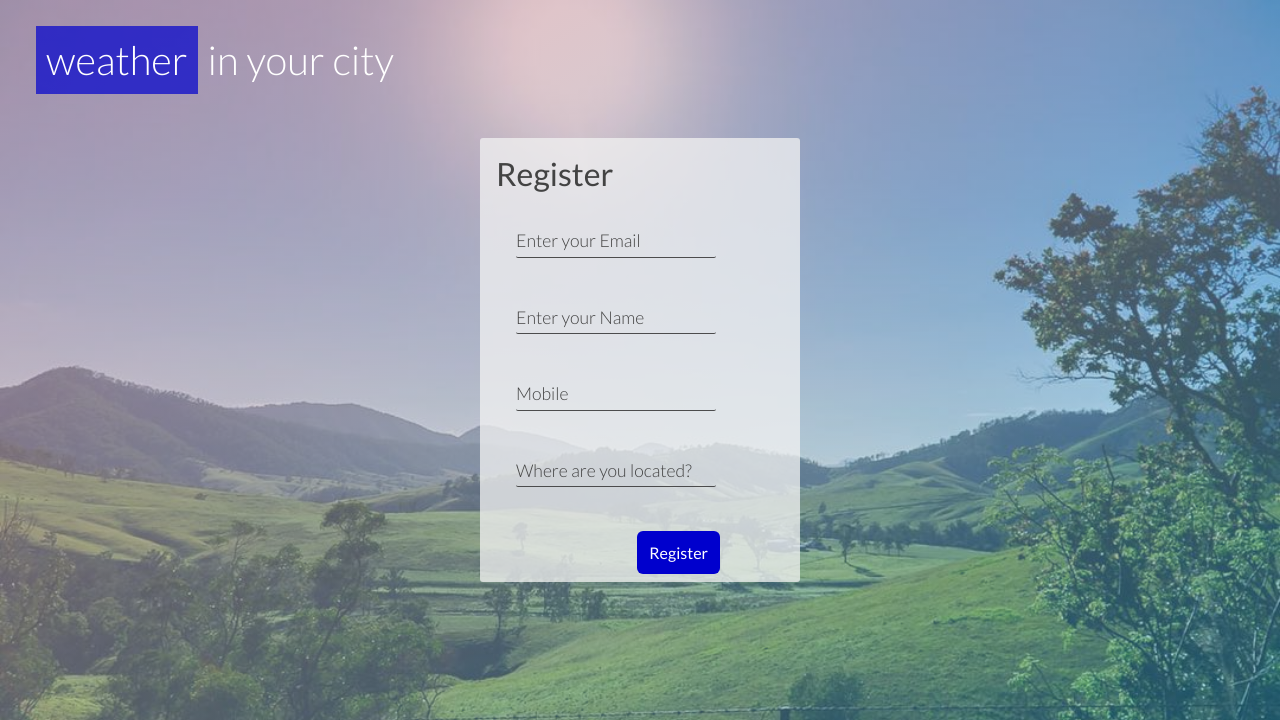
Repository: nosplashurinal/weather-app
Page: /
These files come from the project's save history. The page is drawn as it stood at one moment and after the next save; the edit follows.
The browser window is 1280 px wide. The pictures show the whole page.
The project was rebuilt for these pictures with package versions that can differ from the ones it lists, and the page was loaded fresh each time. Also part of the build but not shown: src/components/RecentSearches.vue, src/components/Search.vue, src/components/WeatherDataBlock.vue, src/components/Login.vue.

Above is the page before, as saved 2018-12-31 18:22:33.

### public/index.html
<!DOCTYPE html>
<html lang="en">

<head>
	<meta charset="utf-8">
	<meta http-equiv="X-UA-Compatible" content="IE=edge">
	<meta name="viewport" content="width=device-width,initial-scale=1.0">
	<link rel="icon" href="<%= BASE_URL %>favicon.ico">
	<link href="https://fonts.googleapis.com/css?family=Lato:300,400" rel="stylesheet">
	<title>weather-app</title>
</head>

<body>
	<noscript>
		<strong>We're sorry but weather-app doesn't work properly without JavaScript enabled. Please enable it to continue.</strong>
	</noscript>
	<div id="app"></div>
	<!-- built files will be auto injected -->
</body>

</html>

### src/App.vue
<template>
  <div class="root-container">
    <div class="bg" v-bind:style="{backgroundImage: `url(${bg})`}"></div>
    <div class="overlay"></div>
    <div class="title">
      <span>weather</span>
      <span>in your city</span>
    </div>
    <Login v-bind:isLoginError="isLoginError" v-if="!loginSuccess && !showRegistration" v-on:on-login="attemptLogin" v-on:open-registration="showRegistration = true" />
    <Registration v-if="showRegistration" v-on:on-success="showRegistration = false" />
    <div v-if="loginSuccess" class="search-container" v-bind:class="{resultActive: showResults}">
      <Search
        v-bind:message="message"
        v-bind:showLoading="isLoadingResults"
        v-bind:isError="isError"
        v-on:on-key-press="onClickSearch"
        v-on:on-change="onInputChange"
      />
      <transition name="ease">
        <div class="results-container" v-if="showResults">
          <WeatherDataBlock v-bind:weatherData="weatherData"/>
        </div>
      </transition>
    </div>
  </div>
</template>

<script>
import Search from "./components/Search.vue";
import WeatherDataBlock from "./components/WeatherDataBlock.vue";
import Login from "./components/Login.vue";
import Registration from "./components/Registration.vue";
import axios from "axios";

export default {
  name: "app",
  components: {
    Search,
    WeatherDataBlock,
    Login,
    Registration
  },
  data() {
    return {
      currentQueryValue: null,
      results: [],
      showResults: false,
      address: null,
      isError: false,
      message: null,
      searchQuery: null,
      isLoadingResults: false,
      units: "metric",
      weatherData: undefined,
      bg: "/images/bg.jpg",
      weatherBg: null,
      screenWidth: window.innerWidth,
      screenHeight: window.innerHeight,
      showRegistration: false,
      loginSuccess: false,
      isLoginError: false
    };
  },
  created: function() {
    if (!JSON.parse(window.localStorage.getItem("user"))) {
      this.showRegistration = true;
    }
  },
  mounted: function() {
    if (JSON.parse(window.localStorage.getItem("searches"))) {
      this.validateRecentSearches();
    }
  },
  watch: {
    async searchQuery(newQuery) {
      let storedWeatherData;
      this.showResults = false;

      // Check if anything is saved in localStorage
      if (window.localStorage.getItem("searches")) {
        // Now, check if the current query matches anything in localStorage
        storedWeatherData = this.getFromLocalStorage(newQuery);
      } else {
        // Create an empty object in localStorage
        window.localStorage.setItem("searches", null);
      }
      if (storedWeatherData) {
        this.isLoadingResults = true;
        // Translate localStorage data into the format needed to display the data
        setTimeout(
          () =>
            (this.weatherData = this.parseStoredWeatherData(
              storedWeatherData.result
            )),
          0.0001
        );
      } else {
        this.isLoadingResults = true;
        try {
          let weatherData = await this.fetchWeatherDataForCity(
            this.searchQuery
          );
          const formattedData = this.parseApiResponse(newQuery, weatherData);
          this.pushDataToLocalStorage(formattedData);
          this.weatherData = formattedData.result;
        } catch {
          this.isLoadingResults = false;
          this.isError = true;
        }
      }
    },
    weatherData() {
      this.isLoadingResults = false;
      this.showResults = true;
      this.changeBackgroundImage();
    }
  },
  methods: {
    async validateRecentSearches() {
      let storedData = window.localStorage.getItem("searches");
      let storedDataObject = JSON.parse(storedData);
      let promiseArray = [];
      let newDataObject = [];
      storedDataObject.forEach(({ result }) => {
        promiseArray.push(this.fetchWeatherDataForCity(result.name));
      });
      let responseArray = await Promise.all(promiseArray);
      responseArray.forEach((data, index) => {
        const formattedData = this.parseApiResponse(
          storedDataObject[index].query,
          data
        );
        newDataObject.push(formattedData);
      });
      window.localStorage.setItem("searches", JSON.stringify(newDataObject));
    },
    timeDifferenceBetwenNowAndDate(d) {
      const date = new Date(d * 1000);
      const now = new Date();
      return (now.getTime() - date.getTime()) / (1000 * 60);
    },
    attemptLogin(e) {
      const user = window.localStorage.getItem("user");
      if (user === e) {
        this.loginSuccess = true;
      } else {
        this.isLoginError = true;
      }
    },
    onInputChange() {
      if (this.isError) this.isError = false;
    },
    pushDataToLocalStorage(newDataItem) {
      let storedData = window.localStorage.getItem("searches");
      let storedDataObject = JSON.parse(storedData);
      let newDataObject = [];
      if (storedDataObject) {
        newDataObject = [...storedDataObject, newDataItem];
      } else {
        newDataObject.push(newDataItem);
      }
      window.localStorage.setItem("searches", JSON.stringify(newDataObject));
    },
    parseApiResponse(query, data) {
      return {
        query,
        result: {
          id: data.sys.id,
          temp: data.main.temp,
          name: data.name,
          country: data.sys.country,
          icon: data.weather[0].icon,
          description: data.weather[0].description,
          date: data.dt,
          humidity: data.wind.speed,
          wind: data.main.humidity
        }
      };
    },
    parseStoredWeatherData(data) {
      return {
        name: data.name,
        country: data.country,
        humidity: data.humidity,
        temp: data.temp,
        wind: data.wind,
        icon: data.icon,
        description: data.description,
        date: data.date
      };
    },
    getFromLocalStorage(i) {
      const localStorage = window.localStorage;
      const searchObject = JSON.parse(localStorage.getItem("searches"));
      if (searchObject) {
        return searchObject.find(item => item.query === i);
      } else {
        return null;
      }
    },
    onClickSearch(e) {
      this.searchQuery = e;
    },
    fetchWeatherDataForCity(city) {
      return new Promise((resolve, reject) => {
        axios
          .get(
            `http://api.openweathermap.org/data/2.5/weather?q=${city}&APPID=7c519880689160b16f5d233f16f2868d${
              this.units === "metric" ? "&units=metric" : ""
            }`
          )
          .then(response => {
            if (response.status === 404) {
              reject(response.err);
            } else {
              resolve(response.data);
            }
          })
          .catch(() => {
            this.isError = true;
            this.isLoadingResults = false;
            return;
          });
      });
    },
    changeBackgroundImage() {
      var newImg = new Image();
      newImg.onload = () => (this.bg = newImg.src);
      newImg.src = `https://loremflickr.com/1920/1080/${
        this.weatherData.description
      }`;
    }
  }
};
</script>

<style lang="scss" src="@/styles/app.scss">
</style>

### src/styles/app.scss
@import "./global.scss";
@import "./constants.scss";

.root-container {
  width: 100%;
  height: auto;
  overflow-y: scroll;
  overflow-x: hidden;
  font-size: 16px;
}
.bg {
  position: absolute;
  background-repeat: no-repeat;
  background-size: cover;
  background-position: center;
  -webkit-transition: background-image 500ms ease-in-out;
  transition: background-image 500ms ease-in-out;
  width: 100%;
  height: 100%;
}
.overlay {
  position: absolute;
  width: 100%;
  height: 100%;
  background-image: linear-gradient(
    to bottom right,
    rgba(230, 154, 154, 0.65),
    rgba(44, 181, 232, 0.4)
  );
}
.title {
  position: absolute;
  top: 36px;
  left: 36px;
  width: auto;
  height: auto;
  text-align: center;
  font-size: 2.5em;
  color: #fff;
  font-family: $font-primary;
  font-weight: 100;
  > span {
    padding: 0.25em;
    &:nth-child(1) {
      background-color: rgba($blue, 0.7);
    }
  }
}
.search-container {
  position: absolute;
  top: 50%;
  transform: translate(-50%, -50%);
  left: 50%;
  .results-container {
    margin-top: 4em;
    z-index: 9;
  }
}
.ease-enter-active,
.ease-leave-active {
  transition: all 900ms cubic-bezier(0, 0.57, 0.01, 0.97);
}
.ease-enter, .ease-leave-to /* .fade-leave-active below version 2.1.8 */ {
  opacity: 0;
  transform: scale(0.9) translate(0, 50px);
}
.slide-enter-active, .slide-leave-active {
  transition: opacity 350ms ease-in-out;
}
.slide-enter /* .fade-leave-active below version 2.1.8 */ {
  opacity: 0;
}

### src/styles/global.scss
html, body {
	position: relative;
	width: 100%;
	height: 100%;
}

body {
	color: #333;
	margin: 0;
	padding: 0;
	box-sizing: border-box;
	font-family: -apple-system, BlinkMacSystemFont, "Segoe UI", Roboto, Oxygen-Sans, Ubuntu, Cantarell, "Helvetica Neue", sans-serif;
}

a {
	color: rgb(0,100,200);
	text-decoration: none;
}

a:hover {
	text-decoration: underline;
}

a:visited {
	color: rgb(0,80,160);
}

label {
	display: block;
}

input, button, select, textarea {
	font-family: inherit;
	font-size: inherit;
	padding: 0.4em;
	margin: 0 0 0.5em 0;
	box-sizing: border-box;
	border: 1px solid #ccc;
	border-radius: 2px;
}

input:disabled {
	color: #ccc;
}

button {
	background-color: #f4f4f4;
	outline: none;
}

button:active {
	background-color: #ddd;
}

button:focus {
	border-color: #666;
}

p {
	margin: 0;
	padding: 0;
}

ul {
	list-style: none;
}
input:focus {
	outline: 0;
}
button {
	border: 0;
}

### src/styles/constants.scss
$blue: rgb(0, 0, 205);
$font-primary: "Lato", sans-serif;

### src/components/Registration.vue
<template>
  <div class="registration">
    <p>Register</p>
    <div class="fields-container">
      <input
        placeholder="Enter your Email"
        autofocus
        autocomplete="off"
        type="email"
        name="email"
        class="email"
        id="email"
        v-model="email"
      >
      <input
        placeholder="Enter your Name"
        autofocus
        autocomplete="off"
        type="text"
        name="name"
        class="name"
        id="name"
        v-model="name"
      >
      <input
        placeholder="Mobile"
        autofocus
        autocomplete="off"
        type="phone"
        name="mobile"
        class="mobile"
        id="mobile"
        v-model="mobile"
      >
      <input
        placeholder="Where are you located?"
        autofocus
        autocomplete="off"
        type="text"
        name="location"
        class="location"
        id="location"
        v-model="location"
      >
    </div>
    <button type="button" class="next" v-on:click="onRegister">Register</button>
  </div>
</template>
<script>
export default {
  name: "Registration",
  data() {
    return {
      email: null,
      name: null,
      mobile: null,
      location: null
    };
  },
  methods: {
    onRegister() {
      const { email, name, mobile, location } = this;
      const userObject = {
        email,
        name,
        mobile,
        location
      };
      window.localStorage.setItem("user", JSON.stringify(userObject));
      this.$emit("on-success");
    }
  }
};
</script>
<style lang="scss" src="@/styles/registration.scss">
</style>

### src/styles/registration.scss
@import "./constants.scss";

.registration {
  position: absolute;
  top: 50%;
  transform: translate(-50%, -50%);
  left: 50%;
  background: rgba(#f2f2f2, 0.75);
  border-radius: 3px;
  font-family: "Lato", sans-serif;
  padding-left: 1em;
  padding-right: 4em;
  p {
    color: #434343;
    position: relative;
    font-size: 2em;
    padding: 0.5em 0;
    margin-bottom: 0.5em;
  }
  .fields-container {
    position: relative;
    padding: 0 1.25em;
    ::-webkit-input-placeholder { /* Chrome/Opera/Safari */
      color: #434343;
    }
    ::-moz-placeholder { /* Firefox 19+ */
      color: #434343;
    }
    input {
      color: #434343;
      background: transparent;
      border: 0;
      display: block;
      border-bottom: 1px solid #434343;
      font-size: 1.1em;
      font-weight: 300;
      margin: 0;
      width: 200px;
      height: auto;
      padding: 0;
      padding: 0.3em 0;
      margin-bottom: 2.5em;
      &::focus {
        background: transparent;
        border: 0;
        border-bottom: 1px solid #434343;
        outline: none;
        box-shadow: none;
      }
    }
  }
  .next {
    background: $blue;
    color: #fff;
    padding: 0.75em;
    margin-right: 1em;
    border-radius: 6px;
    cursor: pointer;
    float: right;
  }
}

Loaded but not shown: src/main.js (common file)

After the next save:
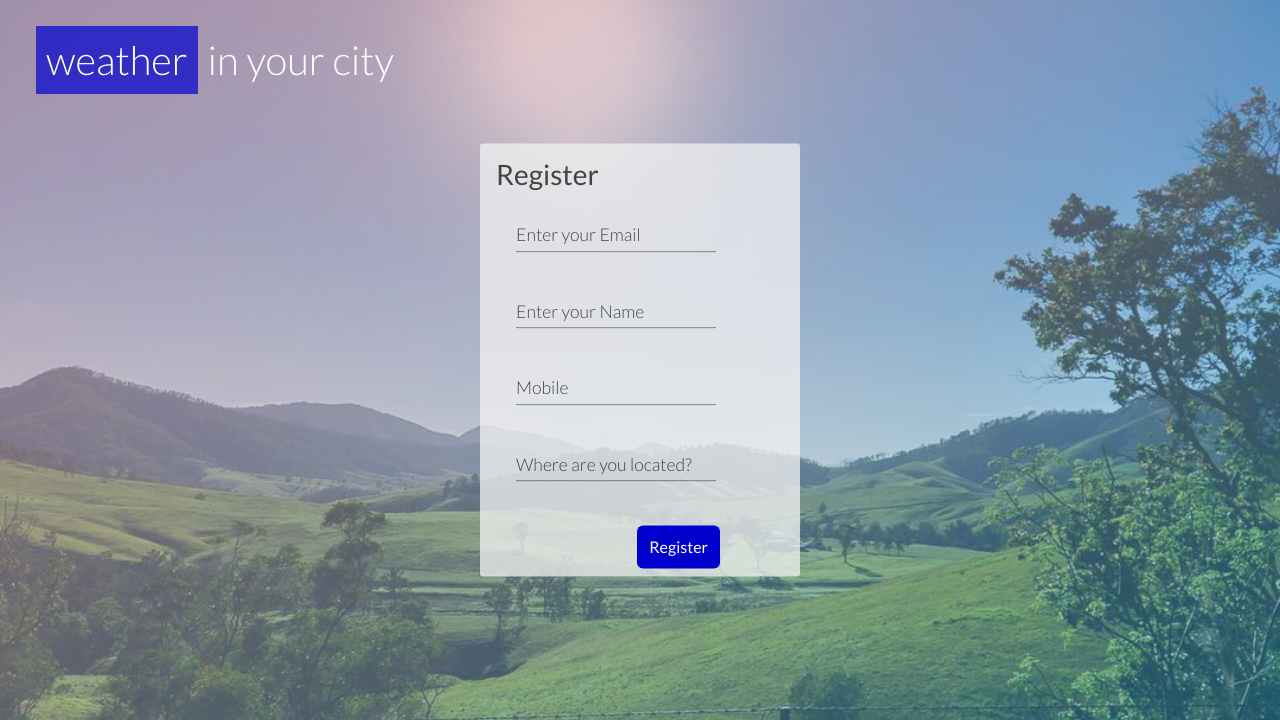
Saved 7 s later.
--- a/src/styles/registration.scss
+++ b/src/styles/registration.scss
@@ -13,7 +13,7 @@
   p {
     color: #434343;
     position: relative;
-    font-size: 2em;
+    font-size: 1.75em;
     padding: 0.5em 0;
     margin-bottom: 0.5em;
   }
